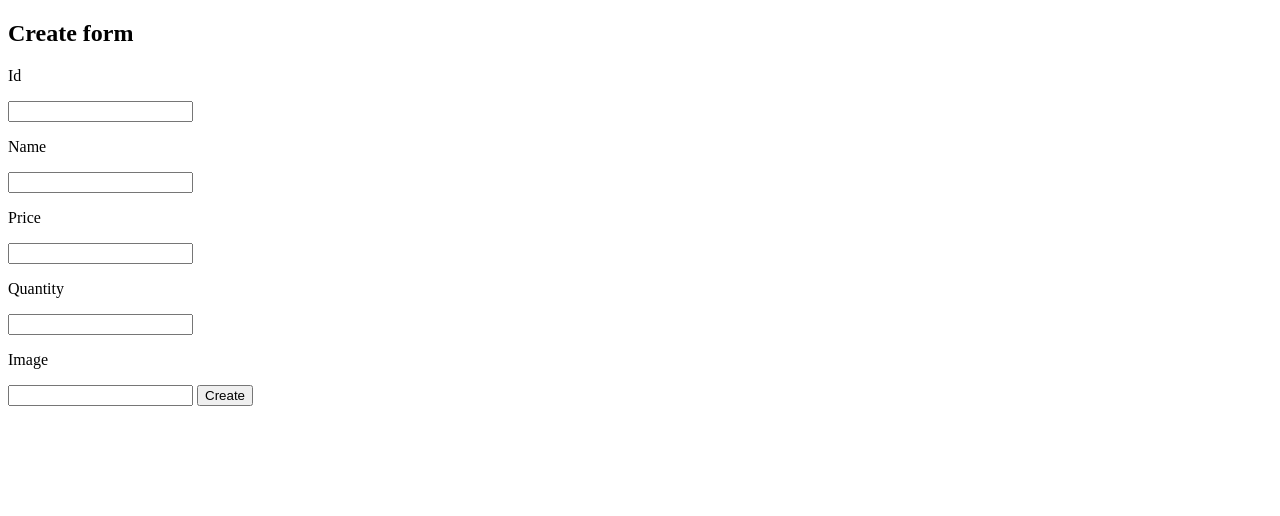
Repository: hongquan16101995/servlet-jw0124
Page: http://localhost/demo/products?action=createGet
These files come from the project's save history. The page is drawn as it stood at one moment and after the next save; the edit follows.
The browser window is 1280 px wide. The pictures show the whole page.
The page is served by Tomcat 9. Other server files are loaded and not shown.

Above is the page before, as saved 2024-05-09 13:43:41.

### demo/src/main/webapp/product/create.jsp
<%@ page language="java" contentType="text/html; charset=ISO-8859-1"
    pageEncoding="ISO-8859-1"%>
<!DOCTYPE html>
<html>
<head>
<meta charset="ISO-8859-1">
<title>Insert title here</title>
</head>
<body>
<h2>Create form</h2>
<form action="/demo/products?action=createPost" method="post">
	<p>Id</p>
	<input name="id">
	<p>Name</p>
	<input name="name">
	<p>Price</p>
	<input name="price">
	<p>Quantity</p>
	<input name="quantity">
	<p>Image</p>
	<input name="image">
	<button type="submit">Create</button>
</form>
</body>
</html>

### demo/src/main/java/controller/ProductServlet.java
package controller;

import java.io.IOException;
import java.util.List;

import javax.servlet.ServletException;
import javax.servlet.annotation.WebServlet;
import javax.servlet.http.HttpServlet;
import javax.servlet.http.HttpServletRequest;
import javax.servlet.http.HttpServletResponse;

import model.Category;
import model.Product;
import service.CategoryService;
import service.ProductService;

/**
 * Servlet implementation class ProductServlet
 */
@WebServlet("/products")
public class ProductServlet extends HttpServlet {
	private static final long serialVersionUID = 1L;
	private ProductService productService = new ProductService();
	private CategoryService categoryService = new CategoryService();

	/**
	 * @see HttpServlet#doGet(HttpServletRequest request, HttpServletResponse response)
	 */
	protected void doGet(HttpServletRequest request, HttpServletResponse response) throws ServletException, IOException {
		// TODO Auto-generated method stub
		String action = request.getParameter("action");
		if (action == null) {
			action = "";
		}
		switch(action) {
			case "createGet":
				createGet(request, response);
				break;
			case "updateGet":
				updateGet(request, response);
				break;
			case "deleteProduct":
				deleteProduct(request, response);
				break;
			case "findByCategory":
				findByCategory(request, response);
				break;
			default:
				displayAllProduct(request, response);
				break;
		}
	}

	/**
	 * @see HttpServlet#doPost(HttpServletRequest request, HttpServletResponse response)
	 */
	protected void doPost(HttpServletRequest request, HttpServletResponse response) throws ServletException, IOException {
		// TODO Auto-generated method stub
		String action = request.getParameter("action");
		if (action == null) {
			action = "";
		}
		switch(action) {
			case "createPost":
				createPost(request, response);
				break;
			case "updatePost":
				updatePost(request, response);
				break;
		}
	}

	private void displayAllProduct(HttpServletRequest request, HttpServletResponse response) throws ServletException, IOException {
		List<Product> products = productService.getProducts();
		request.setAttribute("products", products);
		request.getRequestDispatcher("product/list.jsp").forward(request, response);
	}

	private void findByCategory(HttpServletRequest request, HttpServletResponse response) throws ServletException, IOException {
		int categoryId = Integer.parseInt(request.getParameter("cId"));
		List<Product> products = productService.findByCateogory(categoryId);
		request.setAttribute("products", products);
		request.getRequestDispatcher("product/list.jsp").forward(request, response);
	}

	private void createGet(HttpServletRequest request, HttpServletResponse response) throws ServletException, IOException {
		Product product = new Product();
		List<Category> categories = categoryService.getCategories();
		request.setAttribute("product", product);
		request.setAttribute("categories", categories);
		request.getRequestDispatcher("product/create.jsp").forward(request, response);
	}

	private void createPost(HttpServletRequest request, HttpServletResponse response) throws ServletException, IOException {
		int id = Integer.parseInt(request.getParameter("id"));
		String name = request.getParameter("name");
		double price = Double.parseDouble(request.getParameter("price"));
		int quantity = Integer.parseInt(request.getParameter("quantity"));
		String image = request.getParameter("image");
		int categoryId = Integer.parseInt(request.getParameter("cId"));
		Category category = categoryService.getById(categoryId);
		productService.createProduct(new Product(id, name, price, quantity, image, category));
		response.sendRedirect("/demo/products");
	}

	private void updateGet(HttpServletRequest request, HttpServletResponse response) throws ServletException, IOException {
		int id = Integer.parseInt(request.getParameter("id"));
		Product product = productService.getById(id);
		List<Category> categories = categoryService.getCategories();
		request.setAttribute("product", product);
		request.setAttribute("categories", categories);
		request.getRequestDispatcher("product/update.jsp").forward(request, response);
	}

	private void updatePost(HttpServletRequest request, HttpServletResponse response) throws ServletException, IOException {
		int id = Integer.parseInt(request.getParameter("id"));
		String name = request.getParameter("name");
		double price = Double.parseDouble(request.getParameter("price"));
		int quantity = Integer.parseInt(request.getParameter("quantity"));
		String image = request.getParameter("image");
		int categoryId = Integer.parseInt(request.getParameter("cId"));
		Category category = categoryService.getById(categoryId);
		productService.updateProduct(id, new Product(id, name, price, quantity, image, category));
		response.sendRedirect("/demo/products");
	}

	private void deleteProduct(HttpServletRequest request, HttpServletResponse response) throws ServletException, IOException {
		int id = Integer.parseInt(request.getParameter("id"));
		productService.deleteProduct(id);
		response.sendRedirect("/demo/products");
	}

}

### demo/src/main/java/model/Product.java
package model;

public class Product {
	private int id;
	private String name;
	private double price;
	private int quantity;
	private String image;
	private Category category;

	public Product() {}

	public Product(int id, String name, double price, int quantity, String image) {
		super();
		this.id = id;
		this.name = name;
		this.price = price;
		this.quantity = quantity;
		this.image = image;
	}

	public Product(int id, String name, double price, int quantity, String image, Category category) {
		super();
		this.id = id;
		this.name = name;
		this.price = price;
		this.quantity = quantity;
		this.image = image;
		this.category = category;
	}

	public int getId() {
		return id;
	}

	public void setId(int id) {
		this.id = id;
	}

	public String getName() {
		return name;
	}

	public void setName(String name) {
		this.name = name;
	}

	public double getPrice() {
		return price;
	}

	public void setPrice(double price) {
		this.price = price;
	}

	public int getQuantity() {
		return quantity;
	}

	public void setQuantity(int quantity) {
		this.quantity = quantity;
	}

	public String getImage() {
		return image;
	}

	public void setImage(String image) {
		this.image = image;
	}

	public Category getCategory() {
		return category;
	}

	public void setCategory(Category category) {
		this.category = category;
	}
}

After the next save:
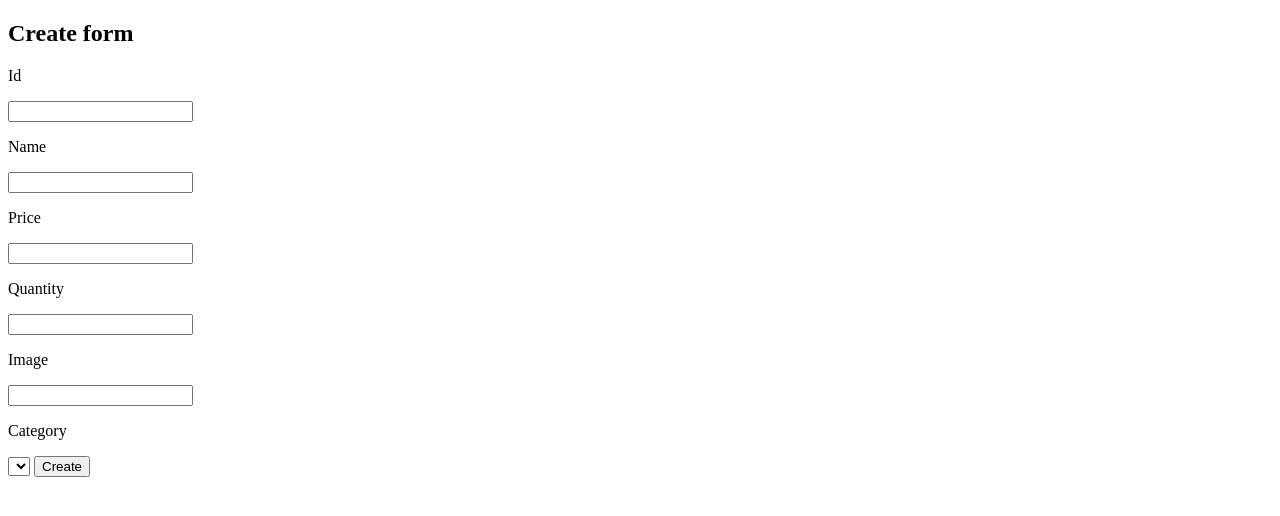
Saved 117 s later.
--- a/demo/src/main/webapp/product/create.jsp
+++ b/demo/src/main/webapp/product/create.jsp
@@ -1,5 +1,6 @@
 <%@ page language="java" contentType="text/html; charset=ISO-8859-1"
     pageEncoding="ISO-8859-1"%>
+<%@ taglib prefix = "c" uri = "http://java.sun.com/jsp/jstl/core" %>
 <!DOCTYPE html>
 <html>
 <head>
@@ -19,6 +20,12 @@
 	<input name="quantity">
 	<p>Image</p>
 	<input name="image">
+	<p>Category</p>
+	<select name="cId">
+		<c:forEach items="${categories }" var="c">
+			<option value = "${c.id }">${c.name }</option>
+		</c:forEach>
+	</select>
 	<button type="submit">Create</button>
 </form>
 </body>
